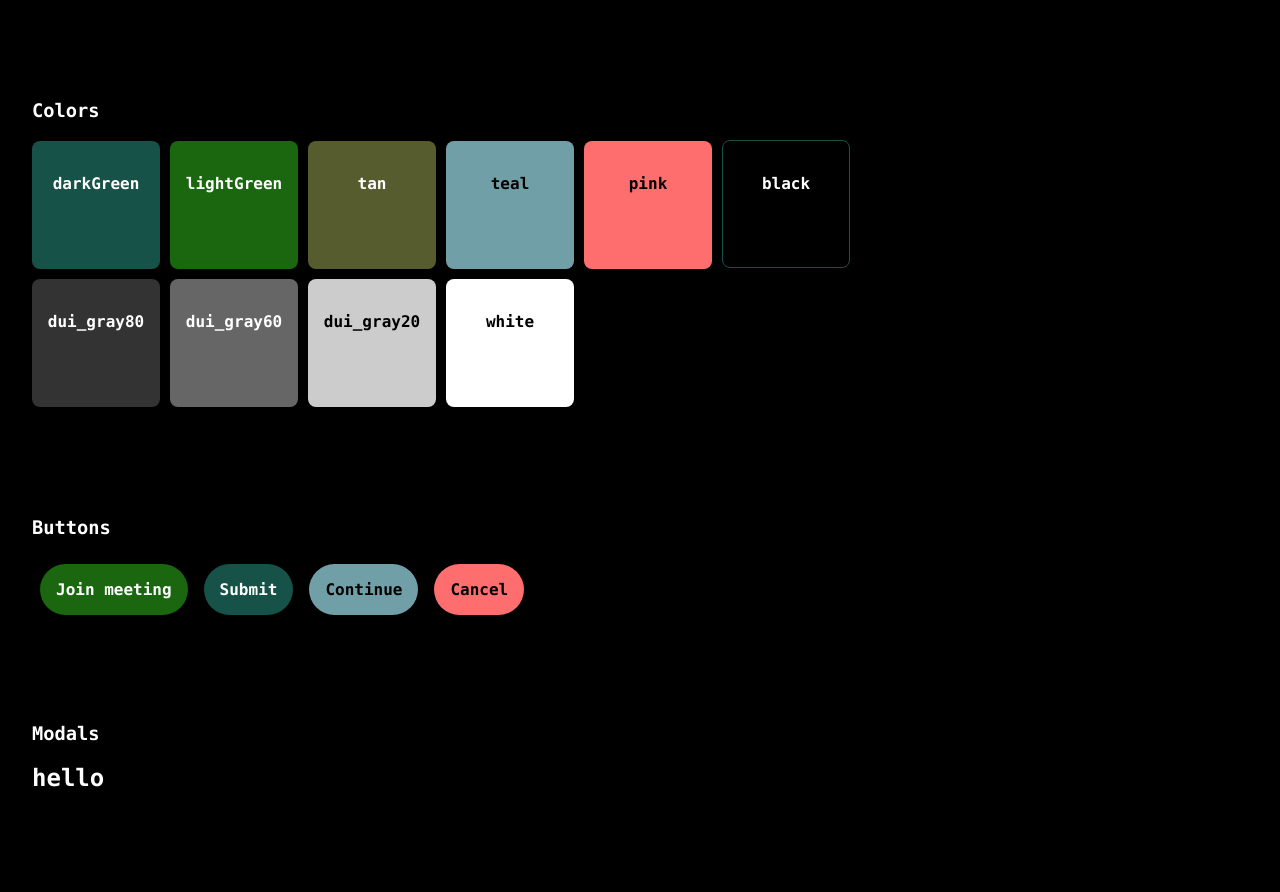
Repository: kttalley/designing-with-data_react-class
Page: / (app in lesson6_design-system-component-extension/)
An editor plug-in stored every save of this project. The page is shown before and after a run of saves, followed by the edit.
The browser window is 1280 px wide. The pictures show the whole page.
The project was rebuilt for these pictures with package versions that can differ from the ones it lists, and the page was loaded fresh each time. Imported but missing from the stored project, and not drawn on this page: lesson6_design-system-component-extension/src/Rhubarb/Input.

Above is the page before, as saved 2023-08-30 15:15:05.

After the next 5 saves:
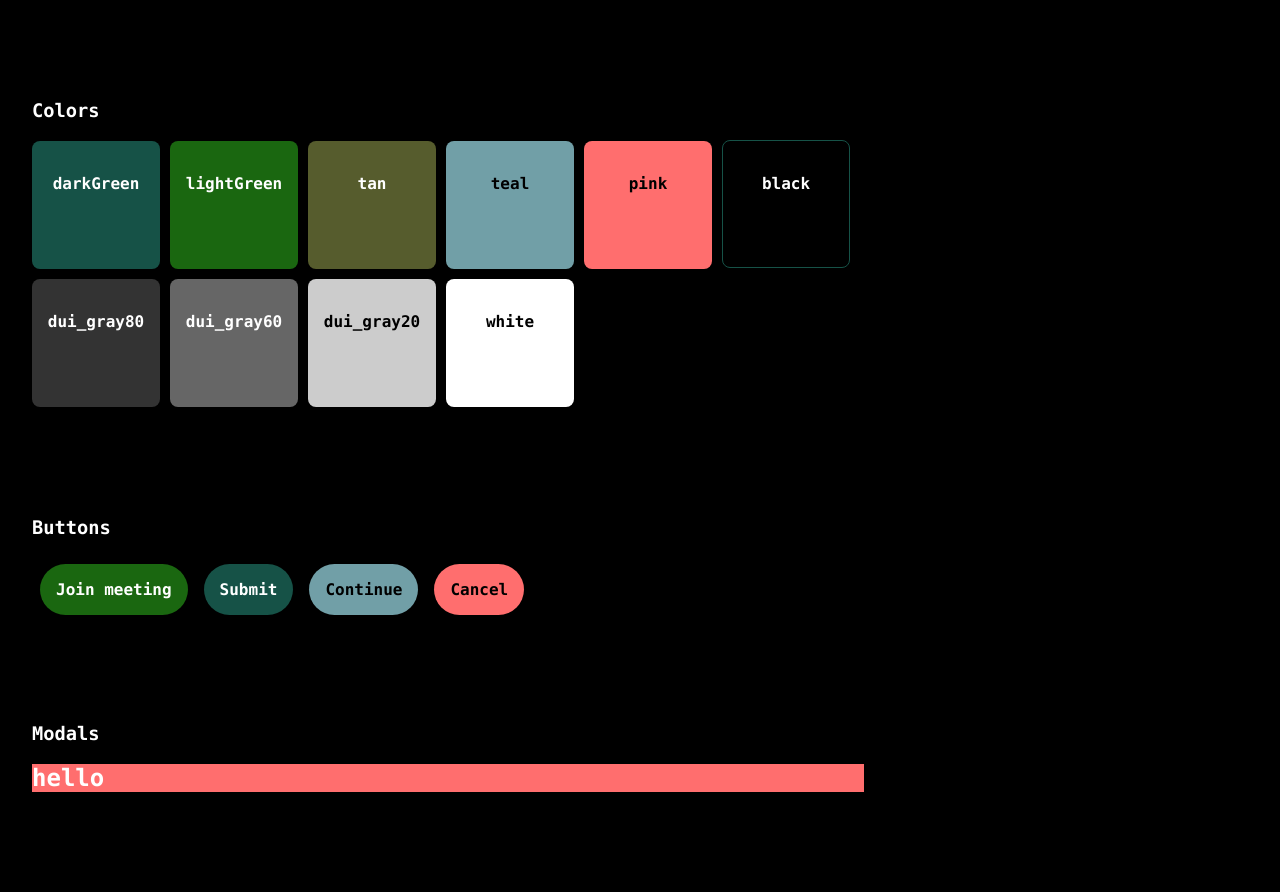
The 5 saves are shown as one change because they came seconds apart.
The last was saved 34 s later.
--- a/lesson6_design-system-component-extension/src/Rhubarb/Modal.js
+++ b/lesson6_design-system-component-extension/src/Rhubarb/Modal.js
@@ -2,6 +2,7 @@ import { color, space, isDarkBackground} from './Utils';
 import styled from 'styled-components';
 
 export const Modal = styled.div`
-  background-color: ${props => color[props.color] ? color[props.color] : color.black }
+  background-color: ${props => color[props.color] ? color[props.color] : color.black };
+  color: pink
   margin: ${space[8] +'px'};
 `;
